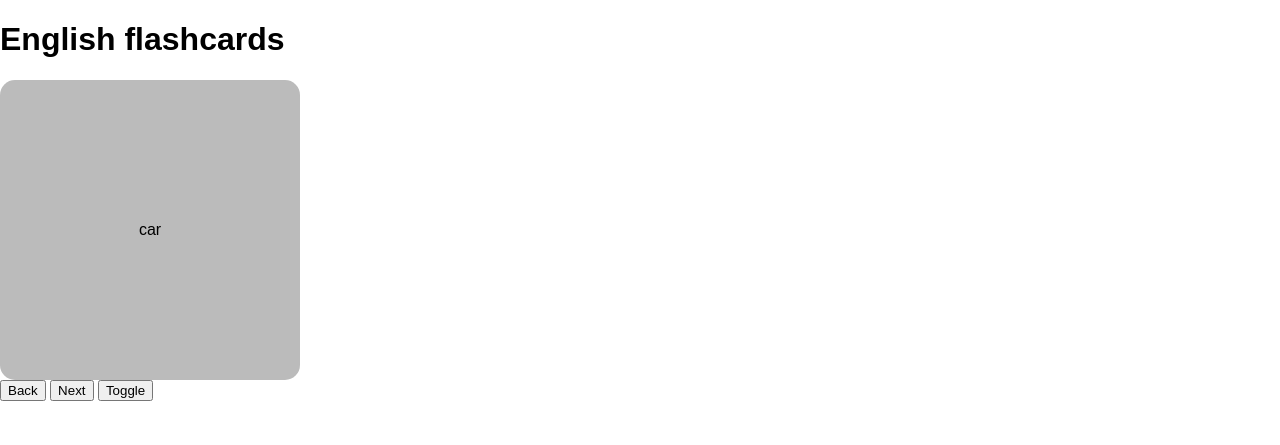
Repository: AdrianGizycki/English-Flashcards
Page: index.html
The author's editor kept a copy of each file at every save. The page is drawn from the files as they stood at one save, then again after a run of saves.
The browser window is 1280 px wide. The pictures show the whole page.

Above is the page before, as saved 2019-09-15 12:43:10.

After the next 2 saves:
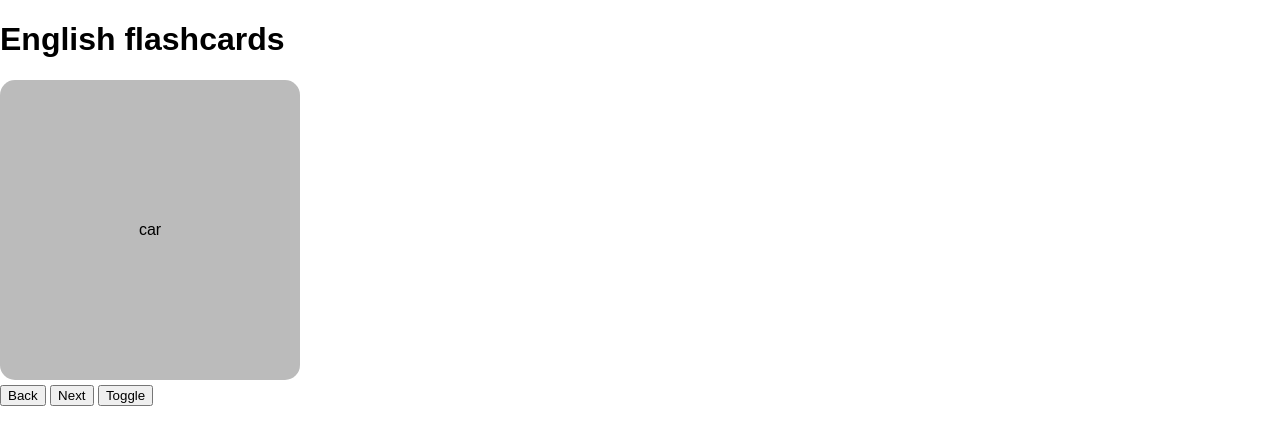
The 2 saves are shown as one change because they came seconds apart.
The last was saved 8 s later.
--- a/style.css
+++ b/style.css
@@ -55,5 +55,5 @@ body {
   .btn1,
   .btn2,
   .btn3 {
-      margin
+      margin-top: 5px;
   }
